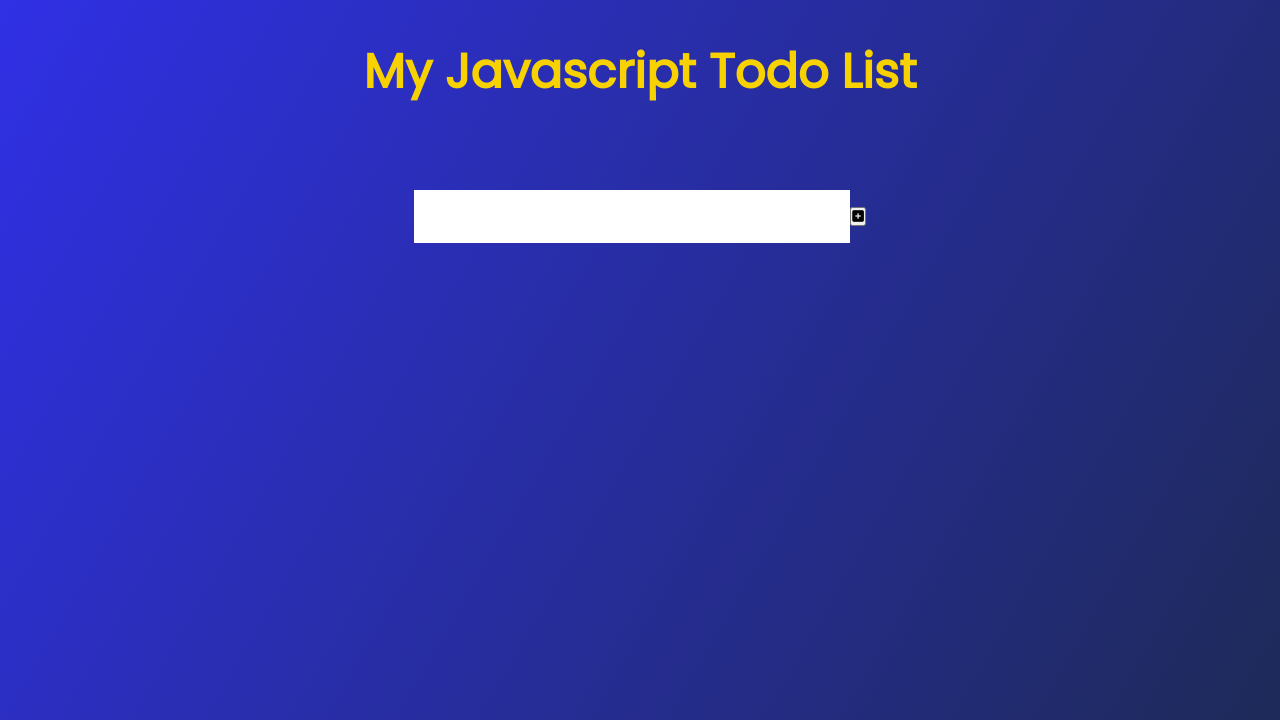
Repository: LuisMiLR/JavaScript-Todo-List
Page: index.html
The author's editor kept a copy of each file at every save. The page is drawn from the files as they stood at one save, then again after a run of saves.
The browser window is 1280 px wide. The pictures show the whole page.

Above is the page before, as saved 2023-05-01 13:33:19.

After the next 2 saves:
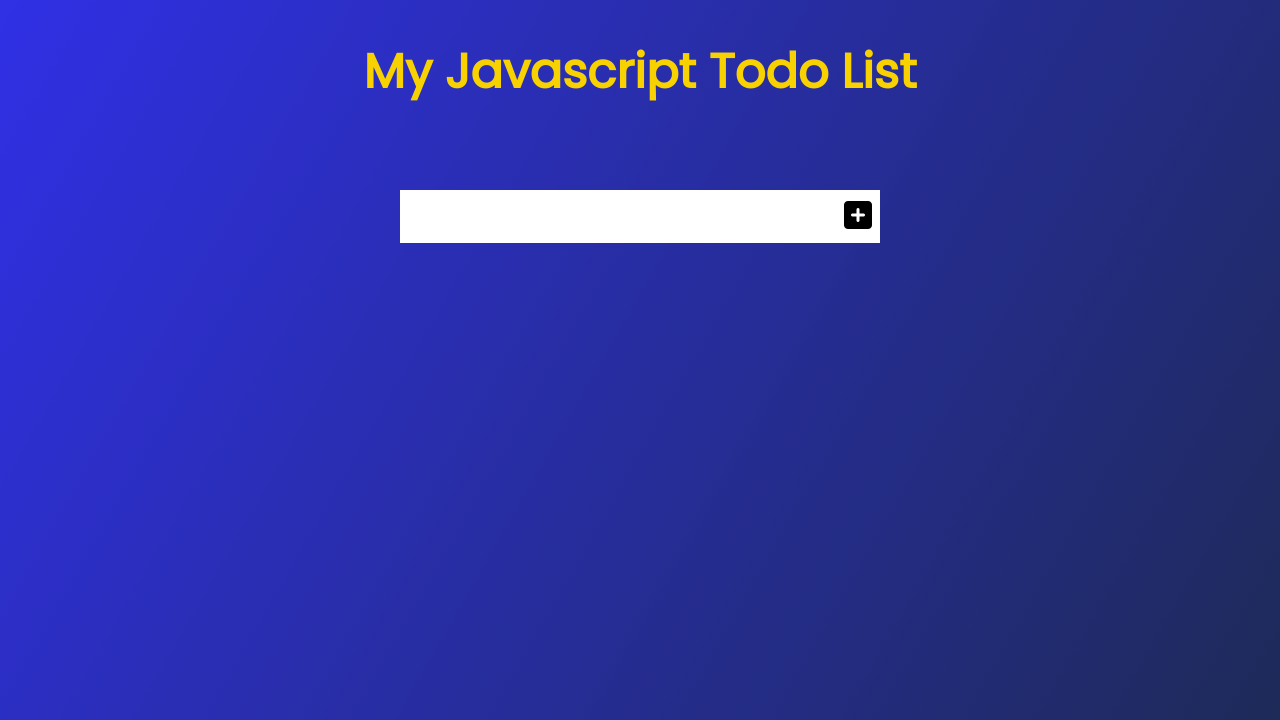
The 2 saves are shown as one change because they came seconds apart.
The last was saved 3 min 17 s later.
--- a/style.css
+++ b/style.css
@@ -21,7 +21,7 @@ header, form {
     align-items: center;
 }
 
-form input, fuorm button {
+form input, form button {
     padding: 0.5rem;
     font-size: 2rem;
     border: none;
